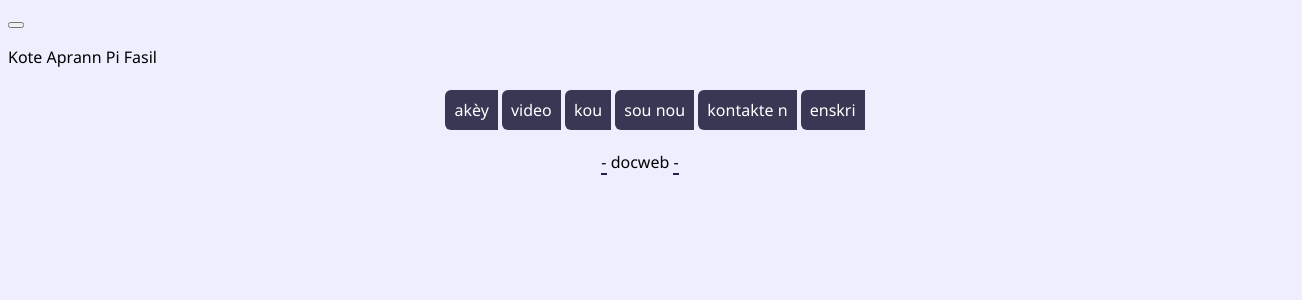
Repository: duperweb/docweb
Page: index.html
These files come from the project's save history. The page is drawn as it stood at one moment and after the next save; the edit follows.
The browser window is 1280 px wide. The page is 1302 px wide, so the pictures cover 1302 px, including what lies to the right of the window. The pictures show the whole page.

Above is the page before, as saved 2021-03-16 15:21:54.

### index.html
<!DOCTYPE html>
<html lang="en">
<head>
    <meta charset="UTF-8">
    <meta http-equiv="X-UA-Compatible" content="IE=edge">
    <meta name="viewport" content="width=device-width, initial-scale=1.0">
    <title>DocWeb: Dokiman Pou Aprann Devlope Web</title>
    <link rel="stylesheet"href="https://fonts.googleapis.com/css?family=Tangerine">
    <link rel="stylesheet" href="assets/css/home.css">
</head>
<body>
    <!--HEADER SECTION WITH ITS CHILD-->
    <header id="header-pages">

        <nav class="top-message">
            <!--the button menu for mobile devices-->
            <button id="button-top-menu"  title="KLIKE POU WE SA K GEN NAN MENU">
                    <span></span>
                    <span></span>
                    <span></span>
            </button>
            <p>Kote Aprann Pi Fasil </p>
        </nav>

        <!--the top menu horizontal-->
        <nav id="nav-horizontal-menu" class="">
            <a href="index.html">akèy</a>
            <a href="video.html">video</a>
            <a href="kou.html">kou</a>
            <a href="about.html">sou nou</a>
            <a href="mailto:duperweb@gmail.com">kontakte n</a>
            <a href="sign.html" id="signin">enskri</a>
        </nav> <!-- end of the top menu horizontal-->
        <div class="docweb">
            <span class="header-line">-</span>
             <span class="docweb-text-logo">docweb</span>
            <span class="header-line">-</span>
        </div>

    </header><!--end of the HEADER SECTION-->

<!--this the top line section-->
</body>
</html>

### assets/css/home.css
/**************************************
IMPORTING OTHER FILE TO LOAD FIRST
*************************************/


/********************************
    RESET DEFAULT BEHAVIOR
********************************/
a {
    text-decoration: none;
}

body {
    background-color: #eef;
    font-family: 'Segoe UI', Tahoma, Geneva, Verdana, sans-serif
}

/*===================== HEADER PAGES SECTION===========================*/
.header-pages {
    /*with  % make container relative to size and can be centralized*/
    margin: 0 auto;
    width: 100%;
}

#nav-horizontal-menu {
    width: 100%;
    margin: 15px auto;
    padding: 15px;
    border-radius: 0 0 6px 6px;
    text-align: center;
}
#nav-horizontal-menu a {
    color: white;
    background-color: #383855;
    padding: 9px;
    border-radius: 6px 0 0 6px;

}
.docweb {
    margin: 0 auto;
    text-align: center;
}

.container-topline {
    margin-top: 10px;
    display: flex;
    justify-content: center;
    width: 80%;
    margin: 13px auto;
}

.header-line {
    font-size: 16px;
    flex: 2;
    width: 2000px;
    border-bottom: 2px #1f1f5a double;
}

.top-text {
    flex: 1;
    color: whitesmoke;
    border-radius: 100px;

    font-size: 14pt;
    padding: 10px;
    box-shadow: 5px 5px #383855;
}
..docweb-text-logo {
    background: #1f1f5a;
}
/*===================== END OF HEADER  TOP SECTION====================*/

After the next save:
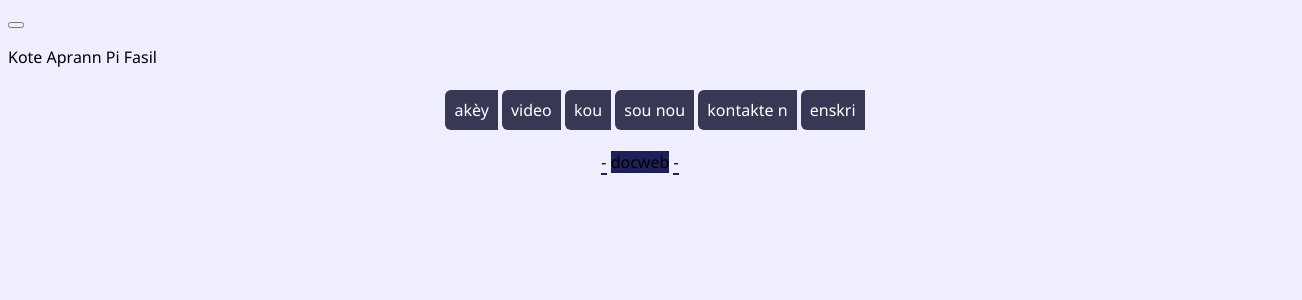
Saved 16 s later.
--- a/assets/css/home.css
+++ b/assets/css/home.css
@@ -65,7 +65,7 @@ body {
     padding: 10px;
     box-shadow: 5px 5px #383855;
 }
-..docweb-text-logo {
+.docweb-text-logo {
     background: #1f1f5a;
 }
 /*===================== END OF HEADER  TOP SECTION====================*/
